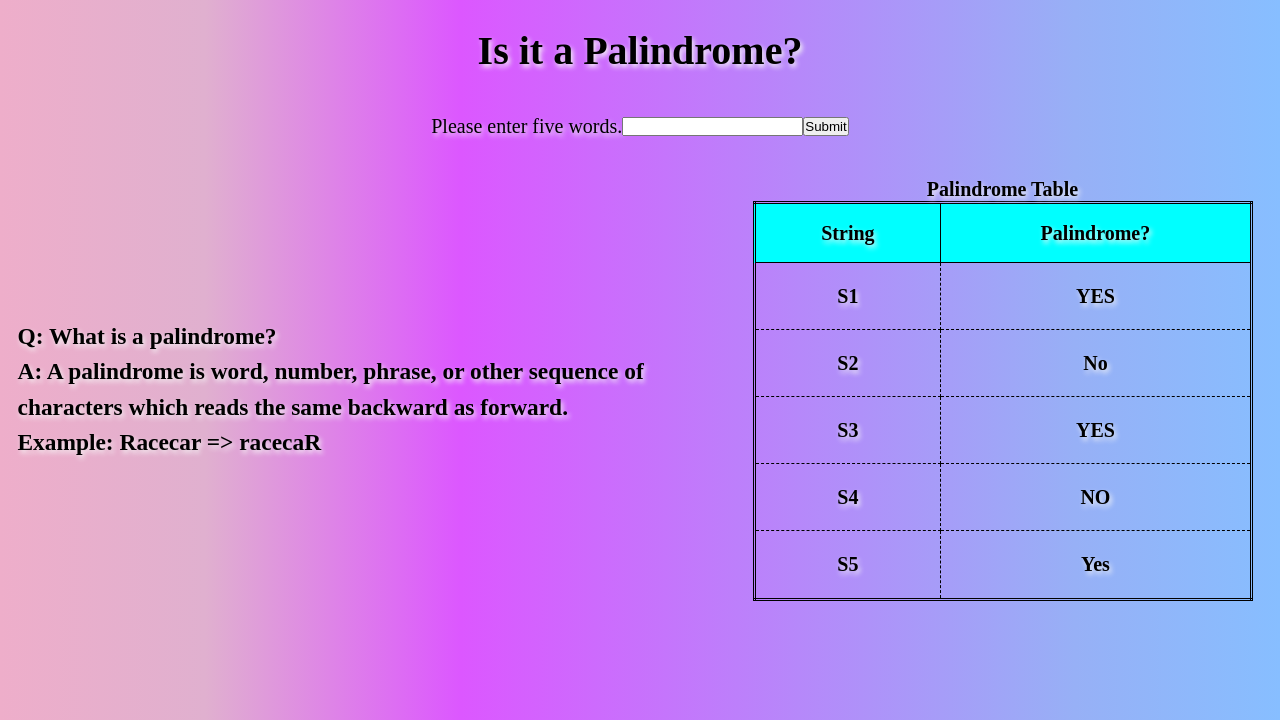
Repository: mlmEFSC21/P18-Palindrome-Table
Page: palindrome.html
An editor plug-in stored every save of this project. The page is shown before and after the next save, followed by the edit.
The browser window is 1280 px wide. The pictures show the whole page.

Above is the page before, as saved 2022-04-03 18:31:14.

After the next save:
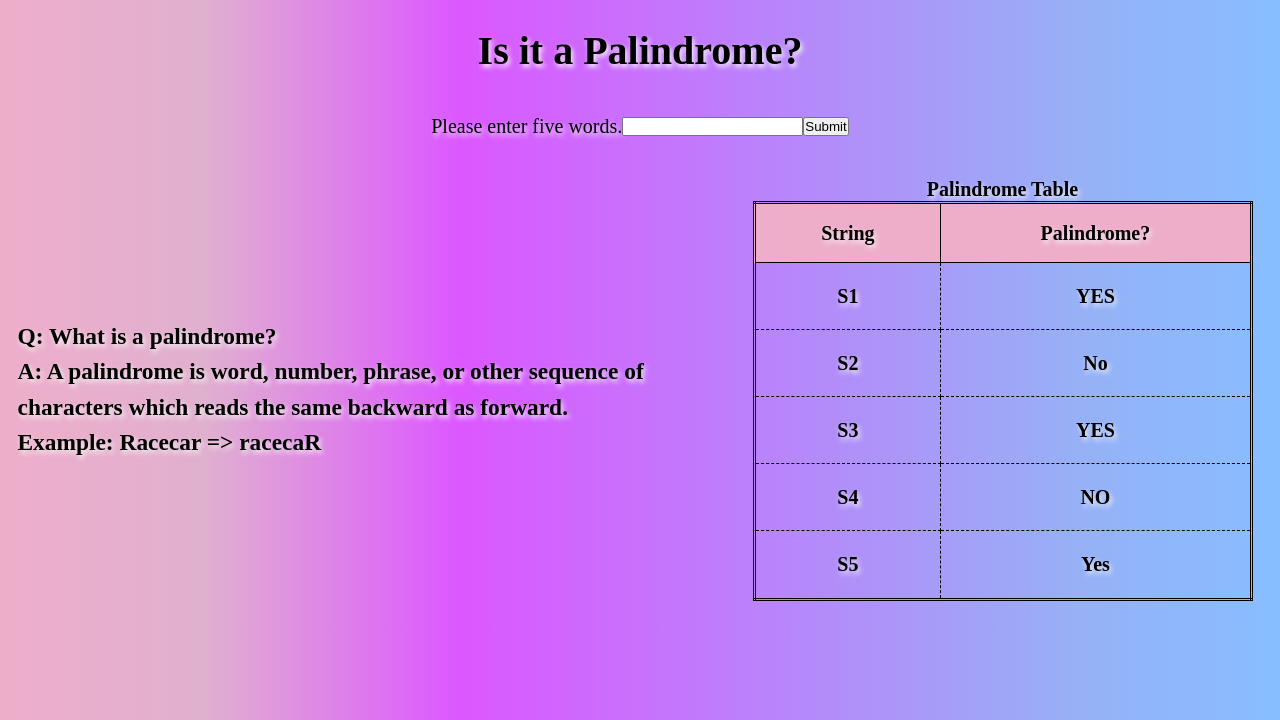
Saved 20 s later.
--- a/palindrome.css
+++ b/palindrome.css
@@ -65,7 +65,7 @@ th {
     height: 60px;
     border: 1px solid black;
     padding: 15px;
-    background-color: aqua;
+    background-color: #eeaeca;
 }
 tr,
 td {
